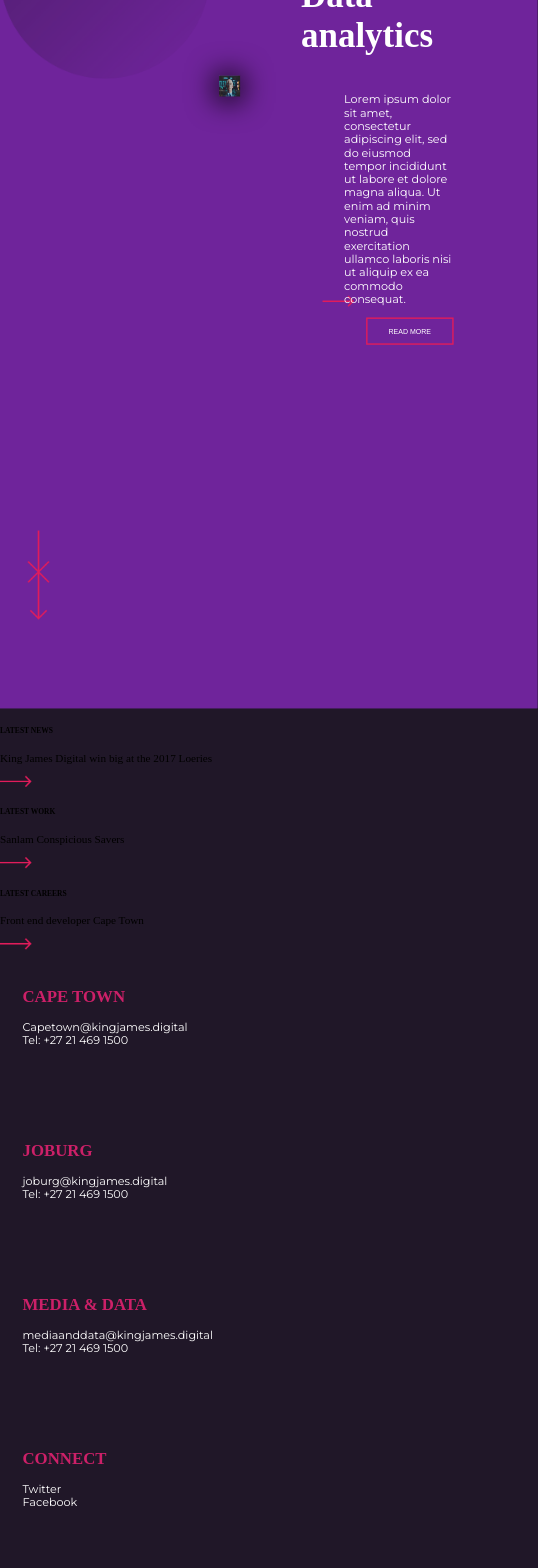
Repository: Ajtheult/King-James-Site
Page: index.html
The author's editor kept a copy of each file at every save. The page is drawn from the files as they stood at one save, then again after the next save.
The browser window is 768 px wide. The pictures show the part of the page from y = 2976 to 5216 px (the page is 5216 px tall), at 70% of full size.
The style sheet was rebuilt from its Sass, Less or Tailwind sources for each picture, by a compiler version that may differ from the author's.

Above is the page before, as saved 2020-08-24 14:35:04.

After the next save:
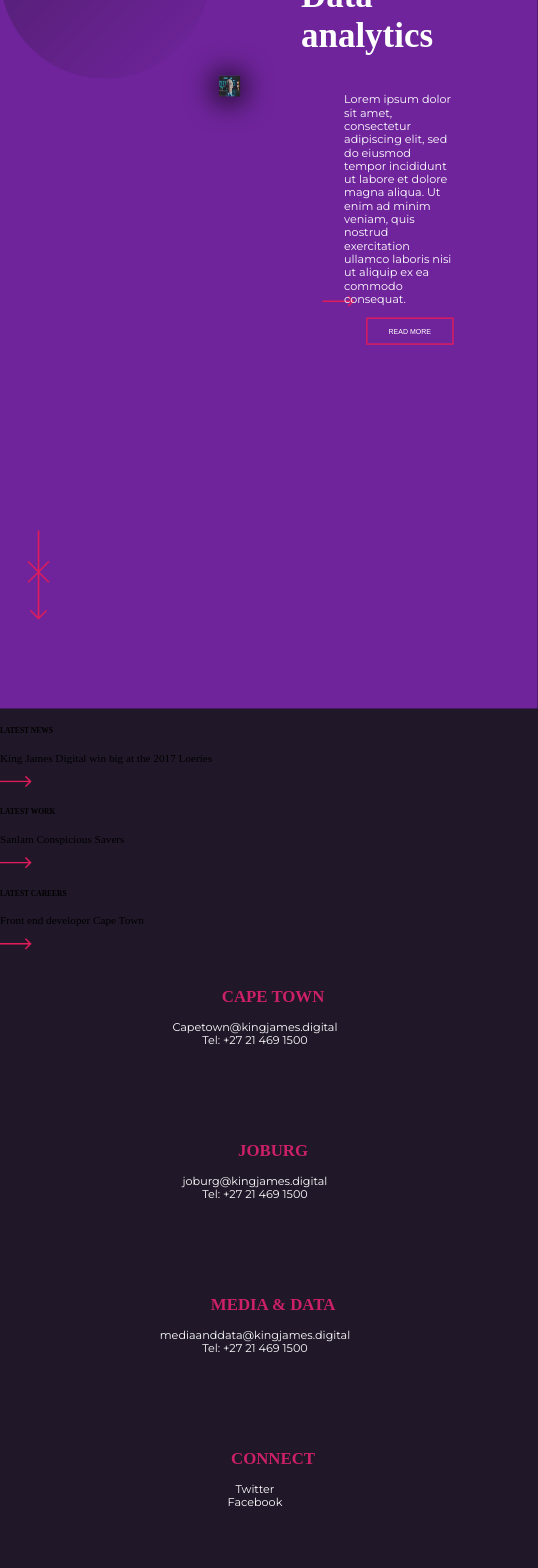
Saved 23 s later.
--- a/styling/index.scss
+++ b/styling/index.scss
@@ -533,14 +533,14 @@
 
         h2 {
           color: rgb(204, 32, 104);
-          text-align: left;
+          text-align: center;
           padding-left: 3%;
         }
         p {
           color: white;
           font-size: 100%;
           width: 90%;
-          text-align: left;
+          text-align: center;
           padding-left: 3%;
           font-family: "Montserrat", sans-serif;
         }
